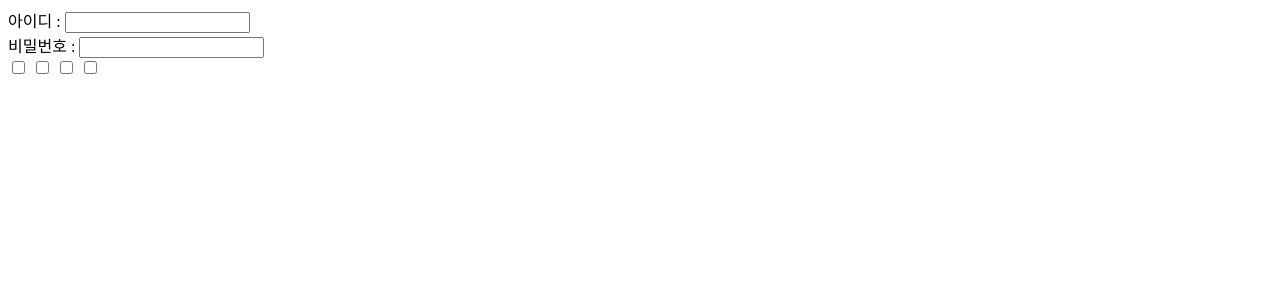
Repository: yesaroun/Web-Shop
Page: pro06/WebContent/input.html
An editor plug-in stored every save of this project. The page is shown before and after the next save, followed by the edit.
The browser window is 1280 px wide. The pictures show the whole page.

Above is the page before, as saved 2022-04-30 14:43:47.

After the next save:
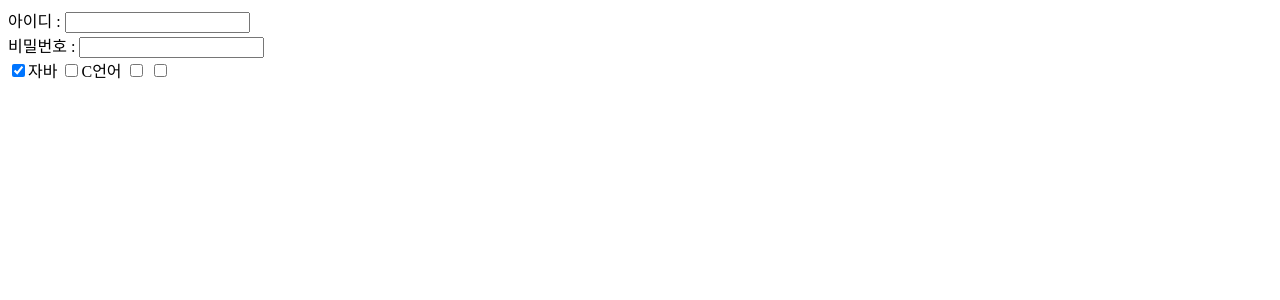
Saved 52 s later.
--- a/pro06/WebContent/input.html
+++ b/pro06/WebContent/input.html
@@ -8,9 +8,9 @@
 	<form name="frmInput" method="get" action="input">
 		아이디 : <input type="text" name="user_id" /><br />
 		비밀번호 : <input type="password" name="user_pw" /><br>
-		<input type="checkbox" />
-		<input type="checkbox" />
-		<input type="checkbox" />
+		<input type="checkbox" name="subject" value="java"  checked="checked"/>자바
+		<input type="checkbox" name="subject" value="C언어"/>C언어
+		<input type="checkbox" name="subject" />
 		<input type="checkbox" />
 	</form>
 </body>
